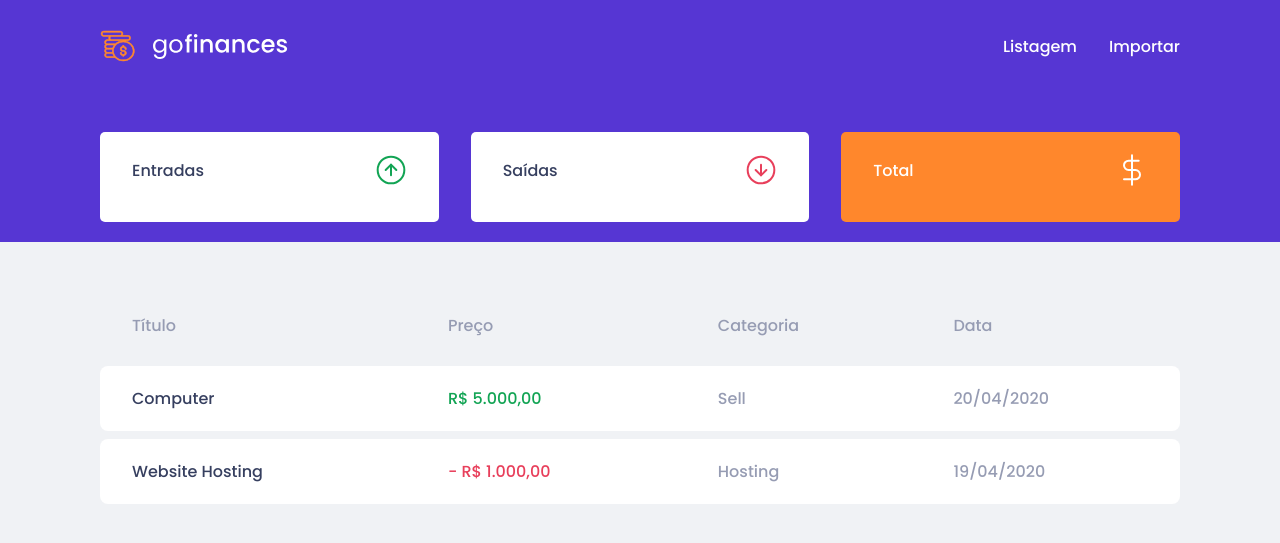
Repository: ramonmjr/desafio-fundamentos-react-transacoes
Page: /
The author's editor kept a copy of each file at every save. The page is drawn from the files as they stood at one save, then again after a run of saves.
The browser window is 1280 px wide. The pictures show the whole page.
The page's requests for data from a server got no answer. The project was rebuilt for these pictures with package versions that can differ from the ones it lists, and the page was loaded fresh each time. No one was signed in, and anything a server would have sent is missing. Also part of the build but not shown: src/components/FileList/styles.ts, src/components/FileList/index.tsx, src/components/Upload/styles.ts, src/components/Upload/index.tsx, src/pages/Import/styles.ts, src/pages/Import/index.tsx.

Above is the page before, as saved 2020-11-01 17:00:10.

### src/pages/Dashboard/index.tsx
import React, { useState, useEffect } from 'react';

import income from '../../assets/income.svg';
import outcome from '../../assets/outcome.svg';
import total from '../../assets/total.svg';

import api from '../../services/api';

import Header from '../../components/Header';

import formatValue from '../../utils/formatValue';

import { Container, CardContainer, Card, TableContainer } from './styles';

interface Transaction {
  id: string;
  title: string;
  value: number;
  balance: Balance;
  formattedValue: string;
  formattedDate: string;
  type: 'income' | 'outcome';
  category: { title: string };
  created_at: Date;
}

interface Balance {
  income: string;
  outcome: string;
  total: string;
}

const Dashboard: React.FC = () => {
  const [transactions, setTransactions] = useState<Transaction[]>([]);
  const [balance, setBalance] = useState<Balance>({} as Balance);

  useEffect(() => {
    async function loadTransactions(): Promise<void> {
      const response = await api.get('/transactions');

      const transactionsFormatted = response.data.transactions.map(
        (transaction: Transaction) => ({
          ...transaction,
          formattedValue: formatValue(transaction.value),
        }),
      );

      const formattedBalance = {
        income: formatValue(response.data.balance.income),
        outcome: formatValue(response.data.balance.outcome),
        total: formatValue(response.data.balance.total),
      };

      setTransactions(transactionsFormatted);
      setBalance(formattedBalance);
      console.log(balance);
    }

    loadTransactions();
  }, []);

  return (
    <>
      <Header />
      <Container>
        <CardContainer>
          <Card>
            <header>
              <p>Entradas</p>
              <img src={income} alt="Income" />
            </header>
            <h1 data-testid="balance-income">{balance.income}</h1>
          </Card>
          <Card>
            <header>
              <p>Saídas</p>
              <img src={outcome} alt="Outcome" />
            </header>
            <h1 data-testid="balance-outcome">{balance.outcome}</h1>
          </Card>
          <Card total>
            <header>
              <p>Total</p>
              <img src={total} alt="Total" />
            </header>
            <h1 data-testid="balance-total">{balance.total}</h1>
          </Card>
        </CardContainer>

        <TableContainer>
          <table>
            <thead>
              <tr>
                <th>Título</th>
                <th>Preço</th>
                <th>Categoria</th>
                <th>Data</th>
              </tr>
            </thead>

            <tbody>
              <tr>
                <td className="title">Computer</td>
                <td className="income">R$ 5.000,00</td>
                <td>Sell</td>
                <td>20/04/2020</td>
              </tr>
              <tr>
                <td className="title">Website Hosting</td>
                <td className="outcome">- R$ 1.000,00</td>
                <td>Hosting</td>
                <td>19/04/2020</td>
              </tr>
            </tbody>
          </table>
        </TableContainer>
      </Container>
    </>
  );
};

export default Dashboard;

Loaded but not shown: public/index.html (common file); src/index.tsx (common file); src/App.tsx (common file); src/routes/index.tsx (common file); src/styles/global.ts (common file); src/services/api.ts (common file); src/components/Header/index.tsx (common file); src/utils/formatValue.ts (common file); src/pages/Dashboard/styles.ts (common file); src/components/Header/styles.ts (common file)

After the next 6 saves:
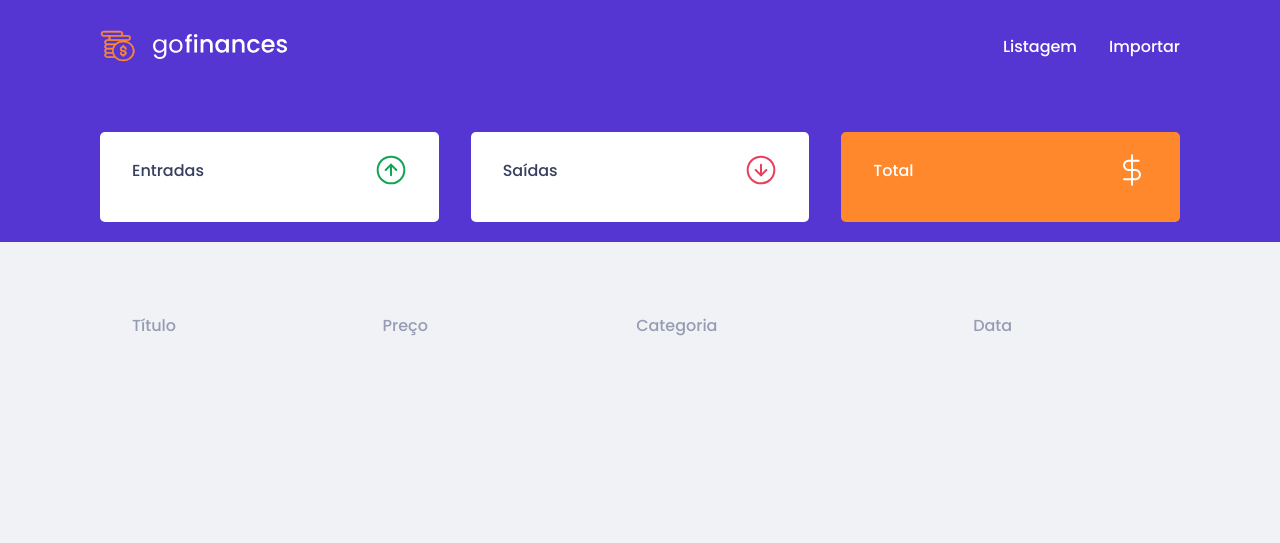
The 6 saves are shown as one change because 5 did not build or start.
The last was saved 11 min 29 s later.
--- a/src/pages/Dashboard/index.tsx
+++ b/src/pages/Dashboard/index.tsx
@@ -42,6 +42,9 @@ const Dashboard: React.FC = () => {
         (transaction: Transaction) => ({
           ...transaction,
           formattedValue: formatValue(transaction.value),
+          formattedDate: new Date(transaction.created_at).toLocaleDateString(
+            'pt-br',
+          ),
         }),
       );
 
@@ -99,18 +102,14 @@ const Dashboard: React.FC = () => {
             </thead>
 
             <tbody>
-              <tr>
-                <td className="title">Computer</td>
-                <td className="income">R$ 5.000,00</td>
-                <td>Sell</td>
-                <td>20/04/2020</td>
-              </tr>
-              <tr>
-                <td className="title">Website Hosting</td>
-                <td className="outcome">- R$ 1.000,00</td>
-                <td>Hosting</td>
-                <td>19/04/2020</td>
-              </tr>
+              {transactions.map(transaction => (
+                <tr>
+                  <td className="title">{transaction.title}</td>
+                  <td className="income">{transaction.formattedValue}</td>
+                  <td>{transaction.category.title}</td>
+                  <td>{transaction.formattedDate}</td>
+                </tr>
+              ))}
             </tbody>
           </table>
         </TableContainer>
